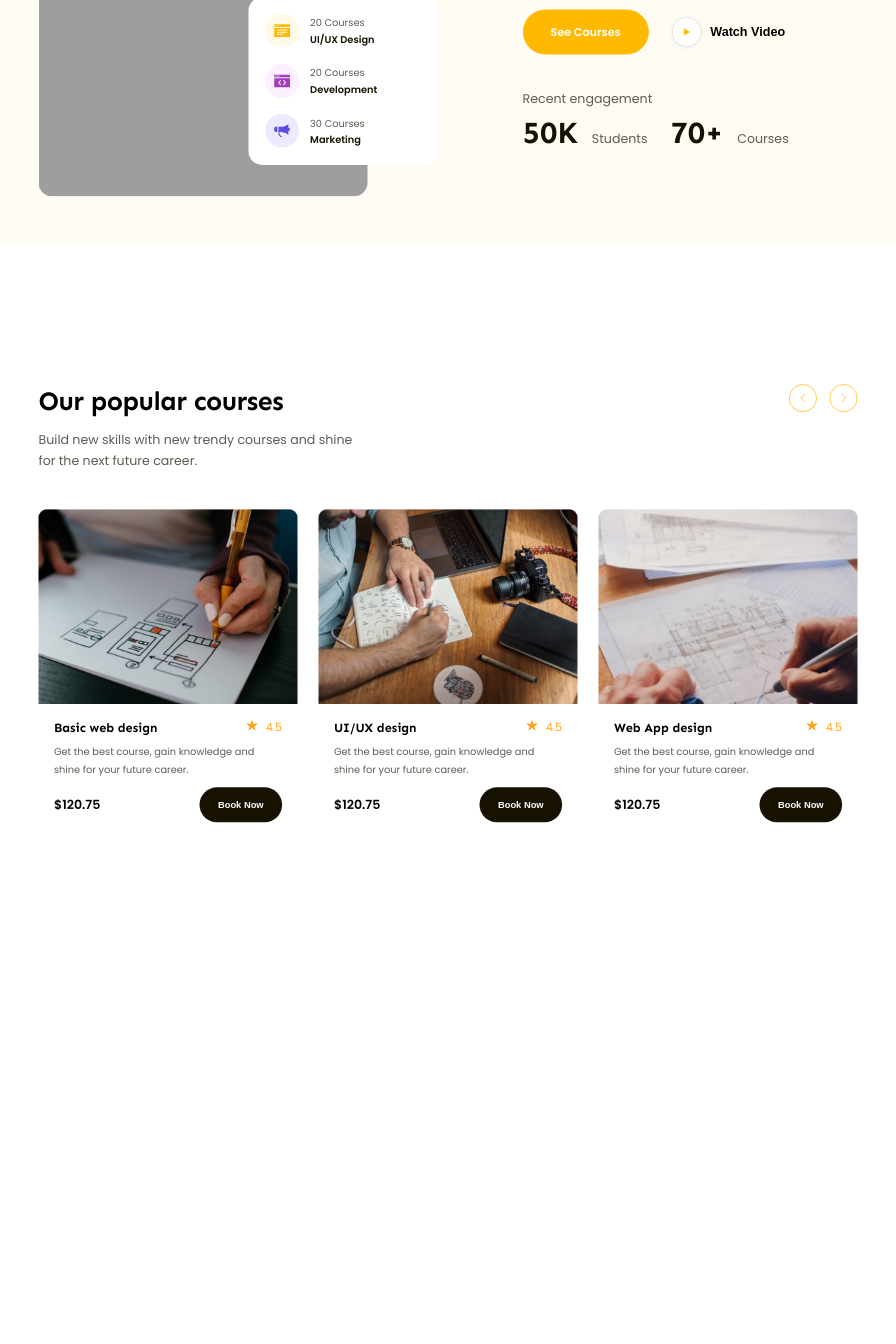
Repository: Toihoclaptrinh/duan1_figma
Page: index.html
The author's editor kept a copy of each file at every save. The page is drawn from the files as they stood at one save, then again after the next save.
The browser window is 1280 px wide. The pictures show the part of the page from y = 554 to 2474 px (the page is 10000 px tall), at 70% of full size.
Pictures or frames that could not be fetched are drawn as grey boxes.

Above is the page before, as saved 2024-02-09 16:44:47.

After the next save:
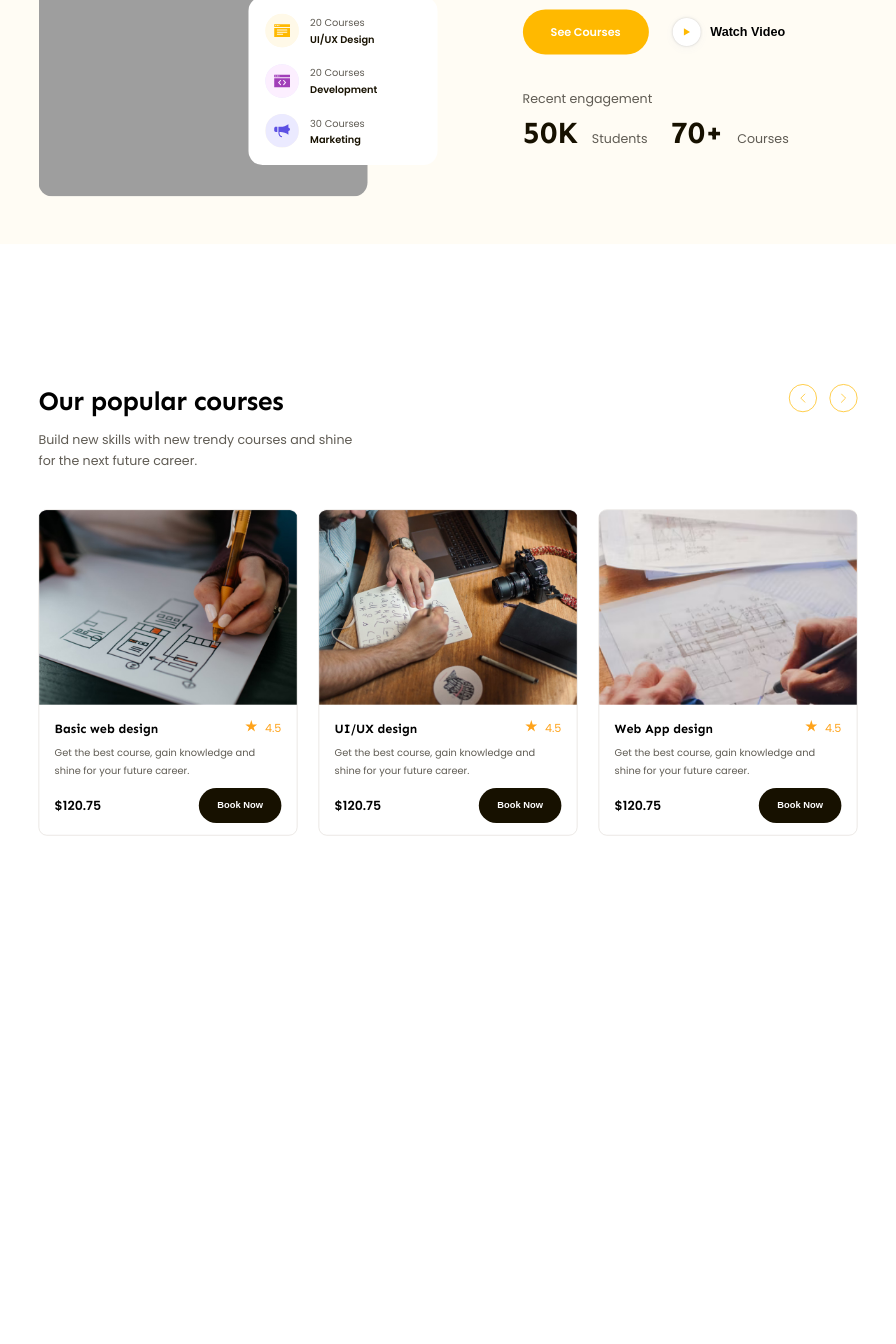
Saved 4 s later.
--- a/assets/css/style.css
+++ b/assets/css/style.css
@@ -336,6 +336,7 @@
   height: 466px;
   border-radius: 12px;
   /* box-shadow: 0px 18px 36px 0px #0000000d; */
+  border: 1px solid #e2dfda;
 }
 
 .popular .courses-item .thumb {
